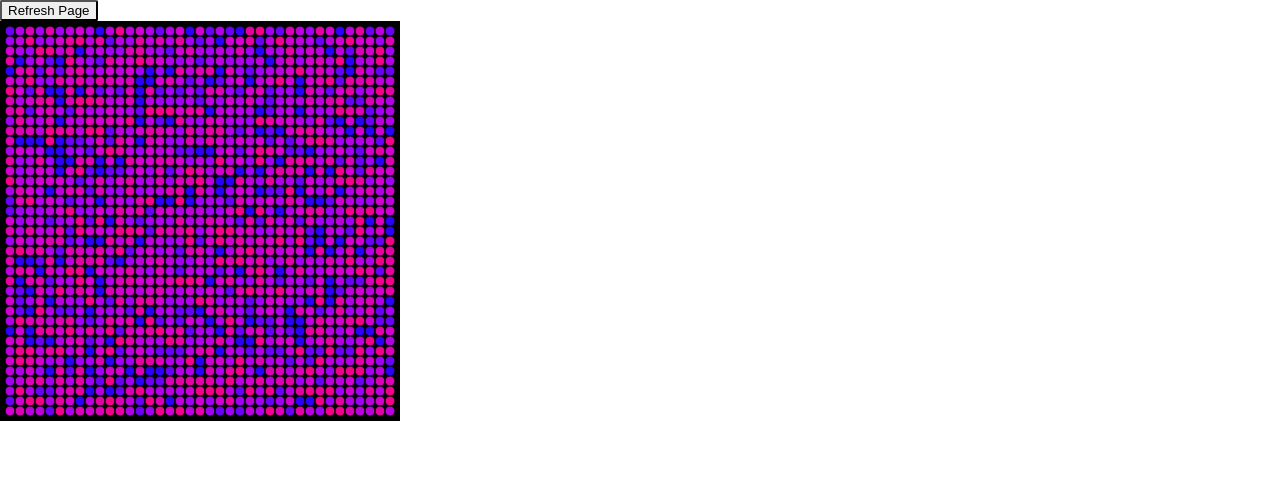
Repository: patriciqa/GenComp
Page: content/day02/pattern/index.html
The author's editor kept a copy of each file at every save. The page is drawn from the files as they stood at one save, then again after the next save.
The browser window is 1280 px wide. The pictures show the whole page.

Above is the page before, as saved 2021-09-30 11:09:43.

### content/day02/pattern/index.html
<!DOCTYPE html>
<html lang="en">
  <head>
    <meta charset="utf-8" />
    <meta name="viewport" content="width=device-width, initial-scale=1.0">

    <title>Sketch</title>

    <link rel="stylesheet" type="text/css" href="style.css">

    <script src="libraries/p5.min.js"></script>
    <script src="libraries/p5.sound.min.js"></script>
  </head>

  <body>
    <script src="circlePattern.js"></script>
    <button onclick="window.location.reload();">Refresh Page</button>
  </body>
</html>

### content/day02/pattern/style.css
html, body {
  margin: 0;
  padding: 0;
}

canvas {
  display: block;
}

button {
  border-radius: 2px;
}

### content/day02/pattern/circlePattern.js
// /* CSS HEX */
// --blue: #2d00f7ff;
// --electric-indigo: #6a00f4ff;
// --electric-violet: #8900f2ff;
// --purple-x-11: #a100f2ff;
// --purple-x-11-2: #b100e8ff;
// --electric-purple: #bc00ddff;
// --steel-pink: #d100d1ff;
// --steel-pink-2: #db00b6ff;
// --fashion-fuchsia: #e500a4ff;
// --magenta-process: #f20089ff;
let CSS_COLOR_NAMES = [
  '#2d00f7ff',
  '#6a00f4ff',
  '#a100f2ff',
  '#b100e8ff',
  '#bc00ddff',
  ' #d100d1ff',
  '#db00b6ff',
  '#e500a4ff',
  '#f20089ff'
];

let counter = 0
function setup() {
  createCanvas(400, 400);
  stroke(0)
  noLoop();
}

function draw() {
  background('black');

  for (let x = 10; x < width; x += 10) {
    for (let y = 10; y < height; y += 10) {
      stroke(0);
      let randomColor = CSS_COLOR_NAMES[Math.floor(Math.random()*CSS_COLOR_NAMES.length)];
      fill(randomColor);

      ellipse(x, y, 10, 10);
      counter++;
    }
  }
}

Loaded but not shown: content/day02/pattern/libraries/p5.min.js (library); content/day02/pattern/libraries/p5.sound.min.js (library)

After the next save:
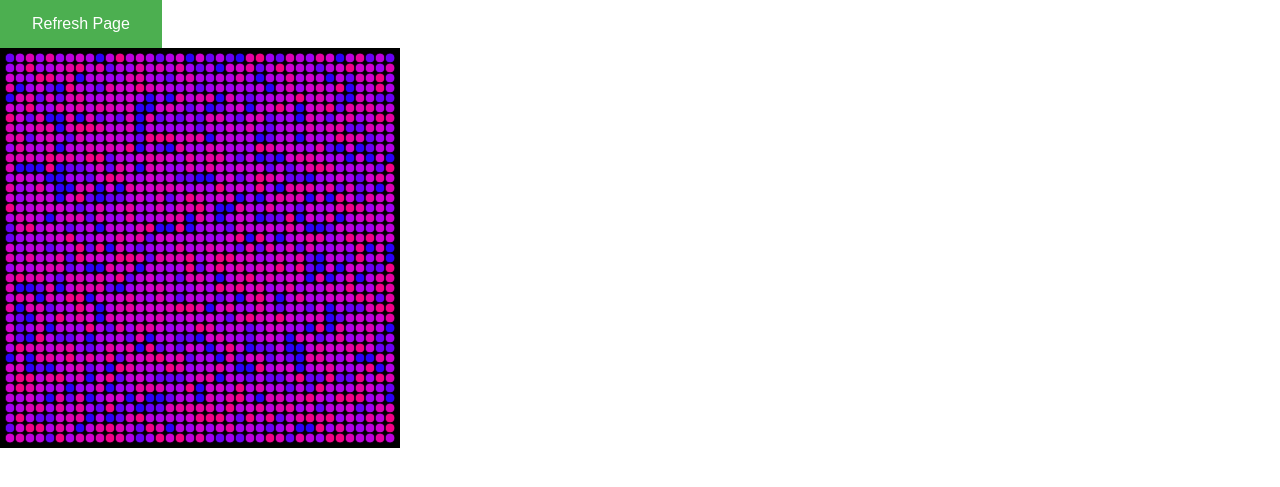
Saved 4 min 48 s later.
--- a/content/day02/pattern/style.css
+++ b/content/day02/pattern/style.css
@@ -8,5 +8,12 @@ canvas {
 }
 
 button {
-  border-radius: 2px;
+  background-color: #4CAF50; /* Green */
+  border: none;
+  color: white;
+  padding: 15px 32px;
+  text-align: center;
+  text-decoration: none;
+  display: inline-block;
+  font-size: 16px;
 }
